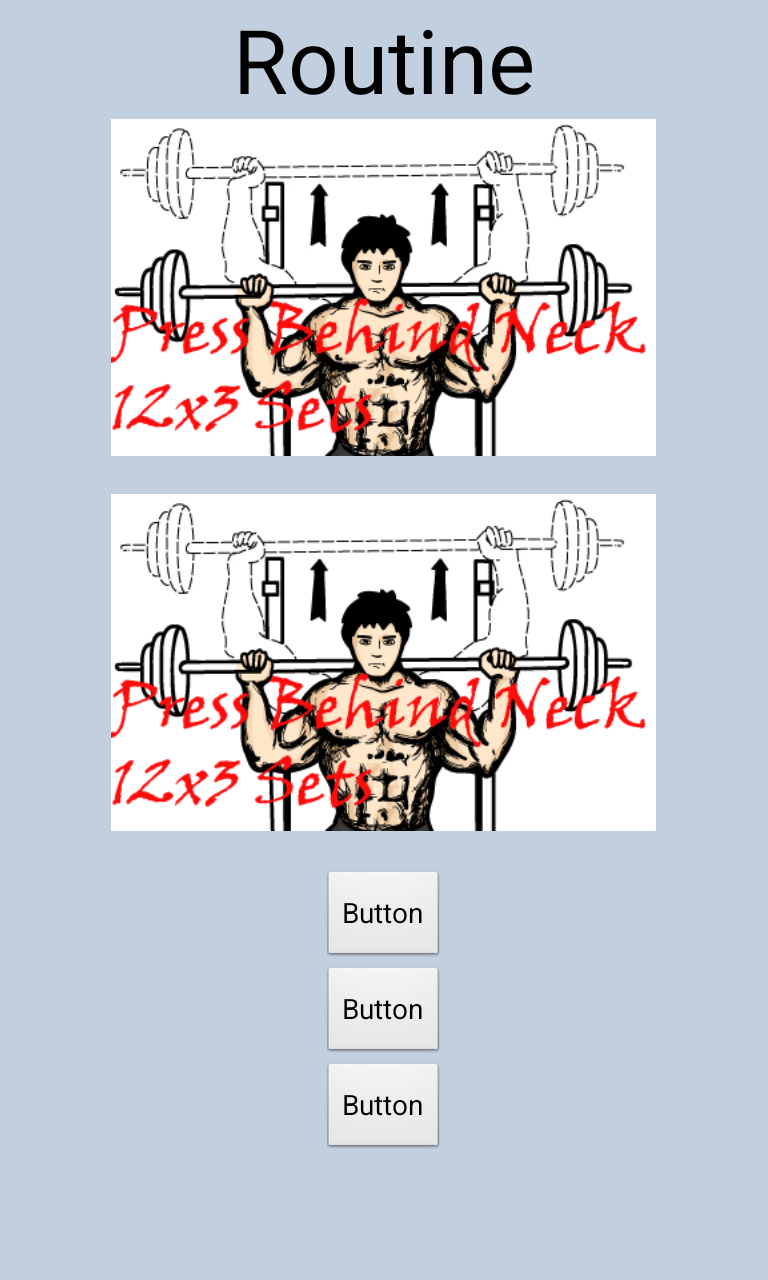
Repository: parinya1968/My-project
Layout: DroidWork/getBig/res/layout/viewr.xml
The author's editor kept a copy of each file at every save. The layout is drawn from the files as they stood at one save, then again after the next save.
It is drawn on a 768 x 1280 px phone screen (xhdpi) without system bars, with theme android:Theme.NoTitleBar.Fullscreen; the app's code is not run.

Above is the layout before, as saved 2012-06-20 06:56:38.

### DroidWork/getBig/res/layout/viewr.xml
<?xml version="1.0" encoding="utf-8"?>
<LinearLayout xmlns:android="http://schemas.android.com/apk/res/android"
    android:layout_width="fill_parent"
    android:layout_height="fill_parent"
    android:background="#C2CFDF"
    android:orientation="vertical" >



    <TextView
        android:id="@+id/textView1"
        android:layout_width="wrap_content"
        android:layout_height="wrap_content"
        android:layout_gravity="center_horizontal"
        android:text="Routine"
        android:textColor="#000000"
        android:textSize="20pt" />



    <Button
        android:id="@+id/group_routine_pbn"
        android:layout_width="wrap_content"
        android:layout_height="wrap_content"
        android:layout_gravity="center"
        android:background="@android:color/transparent"
        android:drawableTop="@drawable/pbn" />


    <Button
        android:id="@+id/group_routine_squat"
        android:layout_width="wrap_content"
        android:layout_height="wrap_content"
        android:layout_gravity="center"
        android:background="@android:color/transparent"
        android:drawableTop="@drawable/pbn" />


    <Button
        android:id="@+id/button3"
        android:layout_width="wrap_content"
        android:layout_height="wrap_content"
        android:layout_gravity="center"
        android:text="Button" />


    <Button
        android:id="@+id/button4"
        android:layout_width="wrap_content"
        android:layout_height="wrap_content"
        android:layout_gravity="center"
        android:text="Button" />


    <Button
        android:id="@+id/button5"
        android:layout_width="wrap_content"
        android:layout_height="wrap_content"
        android:layout_gravity="center"
        android:text="Button" />

</LinearLayout>

After the next save:
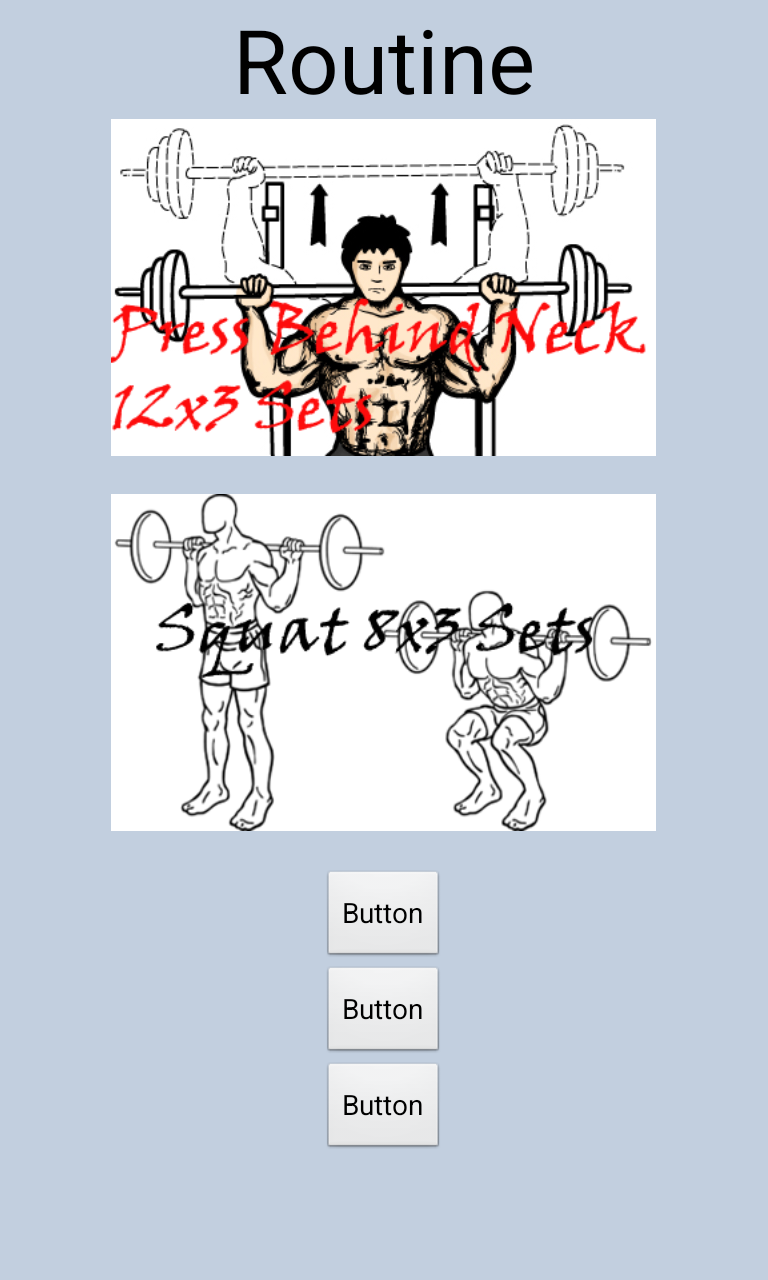
Saved 2 min 32 s later.
--- a/DroidWork/getBig/res/layout/viewr.xml
+++ b/DroidWork/getBig/res/layout/viewr.xml
@@ -33,7 +33,7 @@
         android:layout_height="wrap_content"
         android:layout_gravity="center"
         android:background="@android:color/transparent"
-        android:drawableTop="@drawable/pbn" />
+        android:drawableTop="@drawable/squat" />
 
 
     <Button
